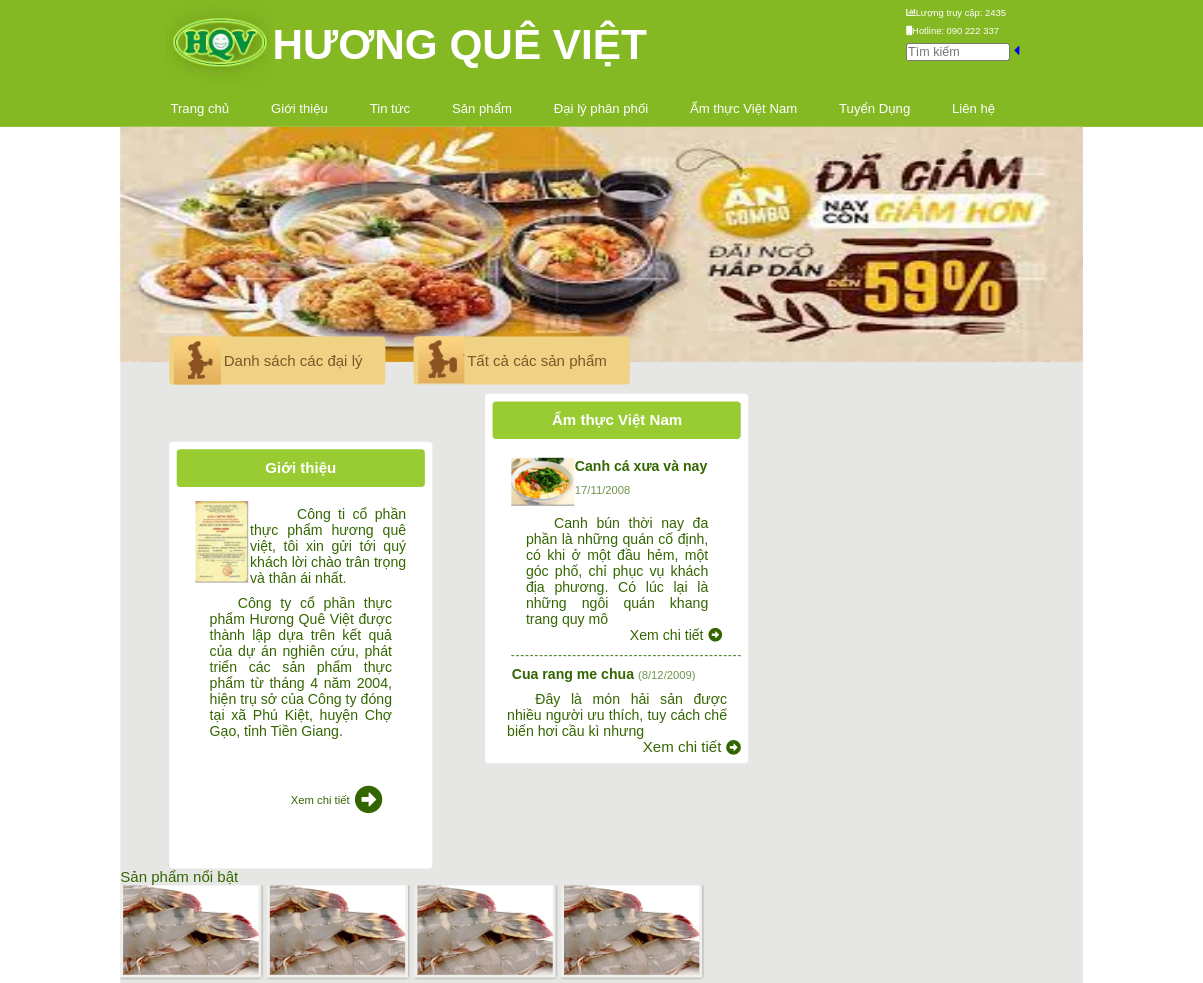
Repository: NgocTruong0701/Self_Learning
Page: html/practice/Baitapweb/index.html
These files come from the project's save history. The page is drawn as it stood at one moment and after a run of saves; the edit follows.
The browser window is 1280 px wide. The pictures show the whole page, at 94% of full size.

Above is the page before, as saved 2021-10-06 22:07:27.

### html/practice/Baitapweb/index.html
<!DOCTYPE html>
<html>
    <head>
        <title>Web Bài 4</title>
        <meta charset="UTF-8">
        <meta name="author" content="Lê Ngọc Trường">
        <link rel="stylesheet" type="text/css" href="./assets/css/styles.css">
        <link rel="stylesheet" href="./assets/font/fontawesome-free-5.15.4-web/css/all.css">
    </head>

    <body>
        <!-- Begin Header -->
        <header>
            <!-- Banner -->
            <div id="banner">
                <!-- Khối bên trái -->
                <div class="box-left">
                    <!-- logo -->
                    <div class="logo">
                        <img src="./assets/pictures/logo/logo.jpg" alt="logo">
                    </div>

                    <!-- tiêu đề -->
                    <div class="header-heading">
                        hương quê việt
                    </div>
                </div>

                <!-- khối bên phải -->
                <div class="box-right">
                    <div class="thongtin">
                        <div class="ltruycap">
                            <i class="fas fa-chart-bar"></i>
                            <p>Lượng truy cập: 2435</p>
                        </div>

                        <div class="ltruycap">
                            <i class="fas fa-mobile"></i>
                            <p>Hotline: 090 222 337</p>
                        </div>
                    </div>

                    <div class="search">
                        <form action="url" method="GET" >
                            <input type="text" placeholder="Tìm kiếm" class="onhap">
                            <a href="#">
                                <i class="fas fa-caret-left"></i>
                            </a>
                        </form>
                    </div>
                </div>
            </div>

            <!-- menu header -->
            <div class="menu-header">
                <ul class="menu-tren">
                    <li><a href="#">Trang chủ</a></li>
                    <li><a href="#">Giới thiệu</a></li>
                    <li><a href="#">Tin tức</a></li>
                    <li><a href="#">Sản phẩm</a></li>
                    <li><a href="#">Đại lý phân phối</a></li>
                    <li><a href="#">Ẩm thực Việt Nam</a></li>
                    <li><a href="#">Tuyển Dụng</a></li>
                    <li><a href="#">Liên hệ</a></li>
                </ul>
            </div>

        </header>
        <!-- End Header -->

        <!-- Begin Body -->
        <div id="container">
            <div class="box-up">
                <div class="body-banner">
                    <img src="./assets/pictures/banner/banner.jpg" alt="body-banner">
                </div>

                <div class="box-list-title">
                    <div class="body-title">
                        <img src="./assets/pictures/product/BT1_03.gif" alt="daily">

                        <p class="body-list">
                            Danh sách các đại lý
                        </p>
                    </div>

                    <div class="body-title">
                        <img src="./assets/pictures/product/BT1_05.gif" alt="daily">

                        <p class="body-list">
                            Tất cả các sản phẩm
                        </p>
                    </div>
                </div>
            </div>


            <div class="box-down">
                <div class="introduce">
                    <p class="title-introduce">Giới thiệu</p>

                    <div class="box-introduce-first">
                        <img src="./assets/pictures/product/BT1_10.gif" alt="chứng nhận" class="image-box-left">

                        <p class="line-first">Công ti cổ phần thực phẩm hương quê việt, tôi xin gửi tới quý khách lời chào trân trọng và thân ái nhất.</p>

                        <p class="line-second">
                            Công ty cổ phần thực phẩm Hương Quê Việt được thành lập dựa trên kết quả của dự án nghiên cứu, phát triển các sản phẩm thực phẩm từ tháng 4 năm 2004, hiện trụ sở của Công ty đóng tại xã Phú Kiệt, huyện Chợ Gạo, tỉnh Tiền Giang.
                        </p>
                    </div>

                    <div class="more">
                        <p class="text-more">Xem chi tiết</p>

                        <i class="fas fa-arrow-alt-circle-right first-icon"></i>
                    </div>
                </div>

                <div class="review">
                    <p class="title-introduce">Ẩm thực Việt Nam</p>

                    <div class="box-review-first">
                        <img src="./assets/pictures/product/BT1_13.gif" alt="chứng nhận" class="image-box-left">

                        <div class="reviewer">
                            <p class="heading-up">Canh cá xưa và nay</p>

                            <p class="time">17/11/2008</p>
                        </div>


                        <p class="line-second">
                            Canh bún thời nay đa phần là những quán cố định, có khi ở một đầu hẻm, một góc phố, chỉ phục vụ khách địa phương. Có lúc lại là những ngôi quán khang trang quy mô
                        </p>
                        <div class="more-second">
                            <p class="text-more">Xem chi tiết</p>

                            <i class="fas fa-arrow-alt-circle-right second-icon"></i>
                        </div>
                    </div>

                    <div class="box-introduce-second">
                        <p class="heading-up-review">Cua rang me chua <span>(8/12/2009)</span></p>

                        <p class="line-second">
                            Đây là món hải sản được nhiều người ưu thích, tuy cách chế biến hơi cầu kì nhưng
                        </p>

                        <div class="more-second">
                            <p class="text-more">Xem chi tiết</p>

                            <i class="fas fa-arrow-alt-circle-right second-icon"></i>
                        </div>
                    </div>

                </div>



                <div class="list-introduce">
                    <p class="heading-list-introduce">
                        Sản phẩm nổi bật
                    </p>

                    <div class="picture-introduce">
                        <img src="./assets/pictures/product/BT1_16.gif" alt="one" class="img-introduce">
                        <img src="./assets/pictures/product/BT1_16.gif" alt="one" class="img-introduce">
                        <img src="./assets/pictures/product/BT1_16.gif" alt="one" class="img-introduce">
                        <img src="./assets/pictures/product/BT1_16.gif" alt="one" class="img-introduce">
                    </div>
                </div>
            </div>
        </div>
        <!-- End Body -->

        <!-- Begin Footer -->
        <footer>

        </footer>
        <!-- End Footer -->
    </body>
</html>

### html/practice/Baitapweb/assets/css/styles.css
/* RESET CSS */
*{
    padding:0;
    margin: 0;
    box-sizing:border-box;
}

html{
    font-family: Arial, Helvetica, sans-serif;
    color:#fff;
}
/* Begin Header */
header{
    background-color: rgb(132, 185, 35);
    text-align: center;
    width: 100%;
    height: 135px;
}

#banner{
    width: 100%;
    height: 95px;
    display: flex;
    justify-content: space-evenly
}



.header-heading{
    text-transform: uppercase;
    padding-right:100px;
    font-size: 45px;
    font-weight: 700;
}

header .box-left{
    display: flex;
    align-items: center;
}

header .box-right{
    display: inline-block;
    height: 95px;
    position: relative;
    width: 140px;
}

.menu-header{
    height: 40px;
}

.ltruycap{
    display: flex;
    margin: 8px 0;
}

.search{
    position: absolute;
    left:0;

}

.thongtin{
    font-size:10px;
}

.search .onhap{
    width: 110px;
}



.menu-tren li{
    display: inline-block;
    list-style-type:square ;
    margin-right:40px;
}

.menu-tren li a{
    line-height: 40px;
    text-decoration: none;
    color: #fff;
    font-size:14px;
}

.menu-tren li a:hover{
    color: #805528;
}

/* End Header */

/* Begin Container */
#container{
    background: #e6e6e4;
    width: 80%;
    margin-left: auto;
    margin-right: auto;
}
.box-up{
    position: relative;
}

.box-list-title{
    display: inline-flex;
    position: absolute;
    top: 223px;
    left: 52px;
}

.body-title{
    display: flex;
    align-items: center;
    background: #f0d284;
    width: 230px;
    margin-right: 30px;
    border-radius: 4px;
    padding-left:5px;
}

.body-banner img{
    height: 250px ;
    width: 100%;
}

.box-up .body-list{
    color:#7d5527;
    padding-left:3px ;
}

.box-down{
    color: #336600 ;
}

.box-down .introduce{
    margin-top: 30px;
    max-width: 280px;
    display: inline-block;
    margin-left: 52px;
    background: #fff;
    padding: 8px;
    border-radius: 4px;
}

.box-down .title-introduce{
    background: #99cc33;
    height: 40px;
    line-height: 40px;
    color:#fff;
    text-align:center;
    font-weight: 600;
    border-radius:4px;
}

.box-introduce-first{
    margin: 15px 20px 0 20px;
    font-size:15px;
}

.box-down img.image-box-left{
    float:left;
}

.line-first{
    text-indent: 50px;
    text-align: justify;
    padding:5px 0 0 0;
}

.line-second{
    clear: left;
    margin-top: 5px;
    width: 230x;
    text-align: justify;
}

.more{
    display: flex;
    float: right;
    margin: 50px 45px 50px 0;
    align-items: center;
    cursor:pointer;
}

.more .text-more{
    font-size: 12px;
    margin-right: 5px;
}

.more .first-icon{
    font-size:30px;

}

.review{
    margin-top: 30px;
    max-width: 280px;
    display: inline-block;
    margin-left: 52px;
    background: #fff;
    padding: 8px;
    border-radius: 4px;
}

.heading-up{
    font-weight: 600;
    margin-bottom: 10px;
}

.time{
    font-size:12px;
    opacity: 0.7;
}

.line-second{
    text-indent: 30px;
    padding-top: 10px;
}

.box-review-first{
    margin: 15px 20px 0 20px;
    font-size:15px;

}

.heading-up{
    display: block;
    margin-top: 20px;
}

.more-second{
    display: flex;
    float: right;
    align-items: center;
    cursor: pointer;
}

.text-more{
    margin-right: 5px;
}

.heading-up-review{
    font-size:15px;
    border-top-style:dashed ;
    border-top-width: thin;
    margin-top: 30px;
    font-weight: 600;
    margin-left: 20px;
    padding-top: 10px;
}

.heading-up-review span{
    font-size:12px;
    opacity: 0.7;
    font-weight: normal;
}

.line-second{
    font-size: 15px;
    margin: 0 15px;
    text-align: justify;
}

.list-introduce{
    float
}
/* End Container */

/* Begin Footer */





/* End Footer */

Loaded but not shown: html/practice/Baitapweb/Web4-Webside-LeNgocTruong-2020601391/assets/font/fontawesome-free-5.15.4-web/css/all.css (library)

After the next 2 saves:
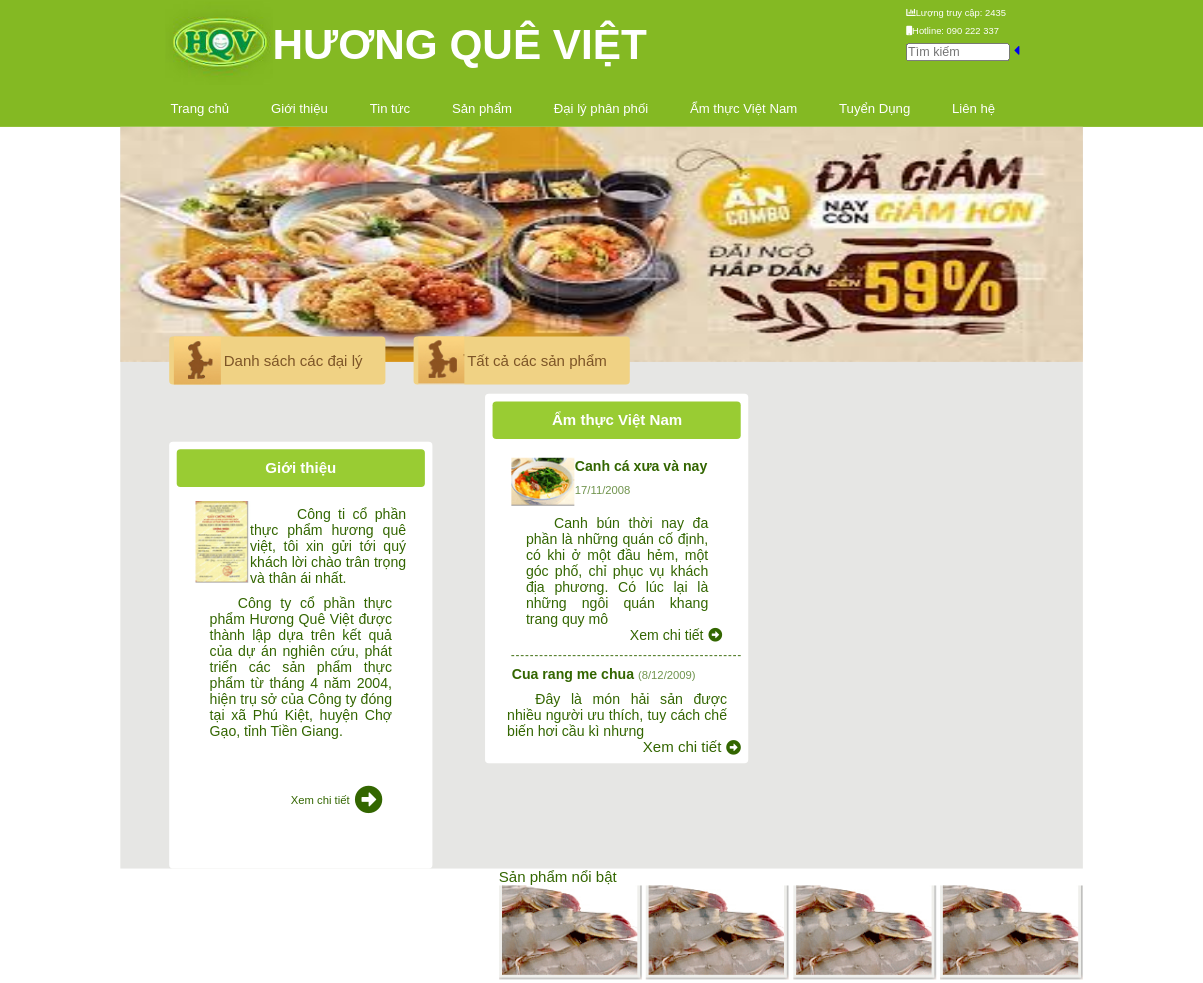
The 2 saves are shown as one change because they came seconds apart.
The last was saved 8 s later.
--- a/html/practice/Baitapweb/assets/css/styles.css
+++ b/html/practice/Baitapweb/assets/css/styles.css
@@ -261,7 +261,7 @@ header .box-right{
 }
 
 .list-introduce{
-    float
+    float:right;
 }
 /* End Container */
 

After the 2 saves that followed:
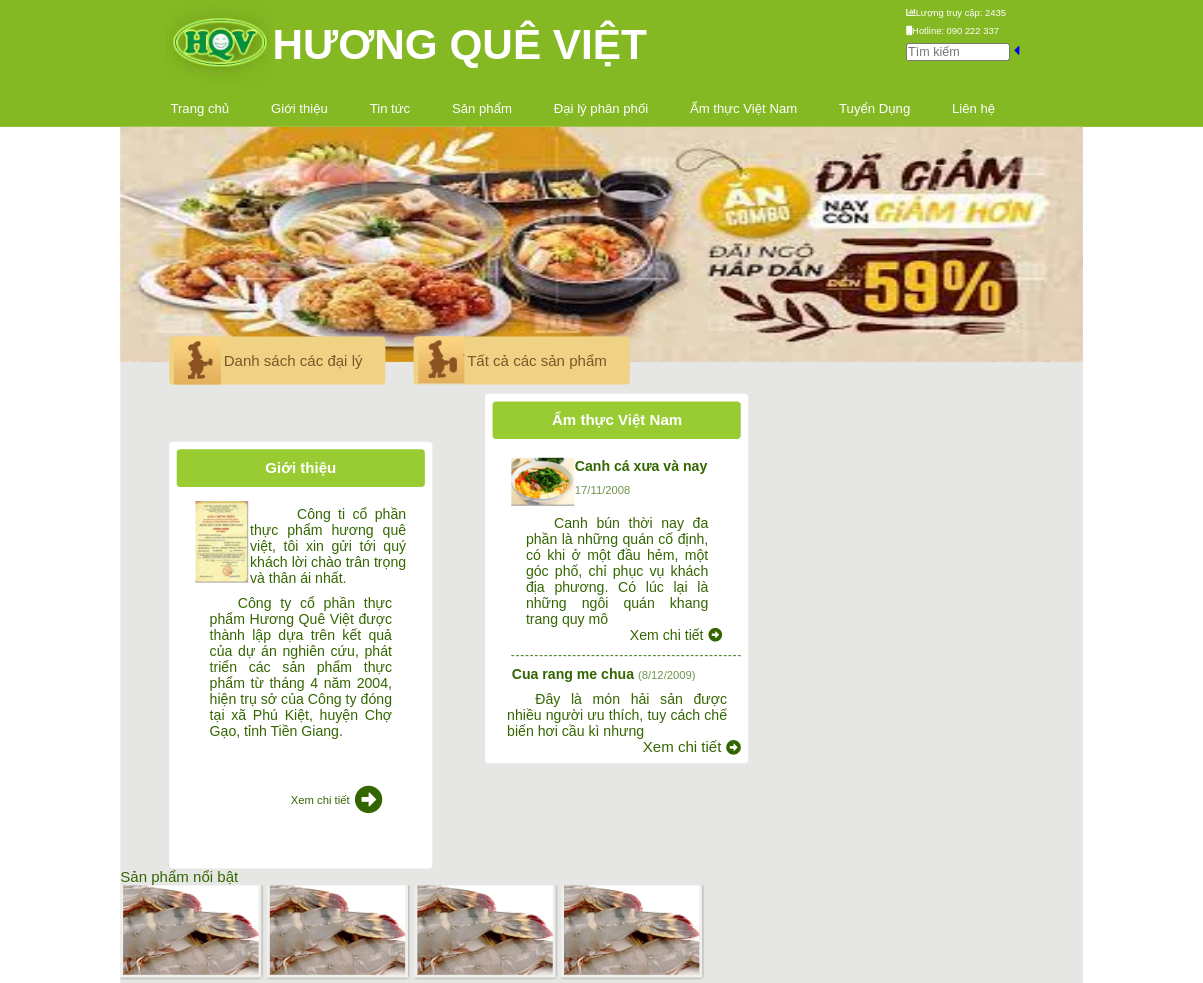
The 2 saves are shown as one change because 1 left the picture as it was.
The last was saved 50 s later.
--- a/html/practice/Baitapweb/assets/css/styles.css
+++ b/html/practice/Baitapweb/assets/css/styles.css
@@ -261,7 +261,8 @@ header .box-right{
 }
 
 .list-introduce{
-    float:right;
+
+
 }
 /* End Container */
 
